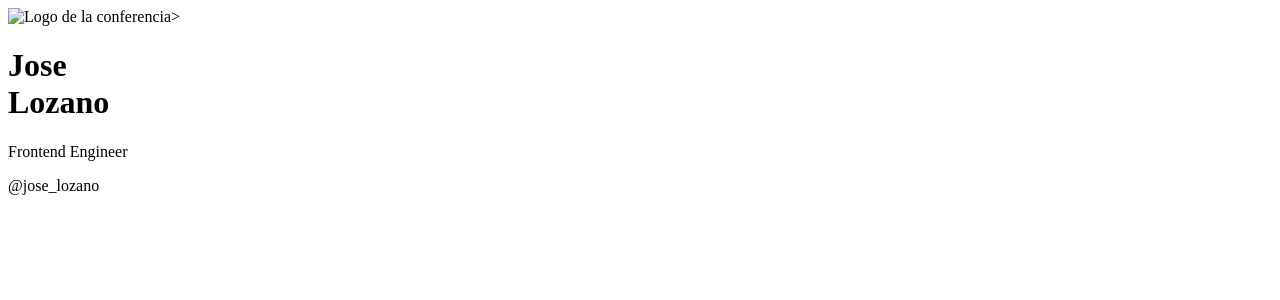
Repository: joseLozanoTamayo/project-react
Page: /badges/new (app in platzi-badges/)
An editor plug-in stored every save of this project. The page is shown before and after the next save, followed by the edit.
The browser window is 1280 px wide. The pictures show the whole page.
The project was rebuilt for these pictures with package versions that can differ from the ones it lists, and the page was loaded fresh each time.

Above is the page before, as saved 2019-05-22 21:51:34.

After the next save:
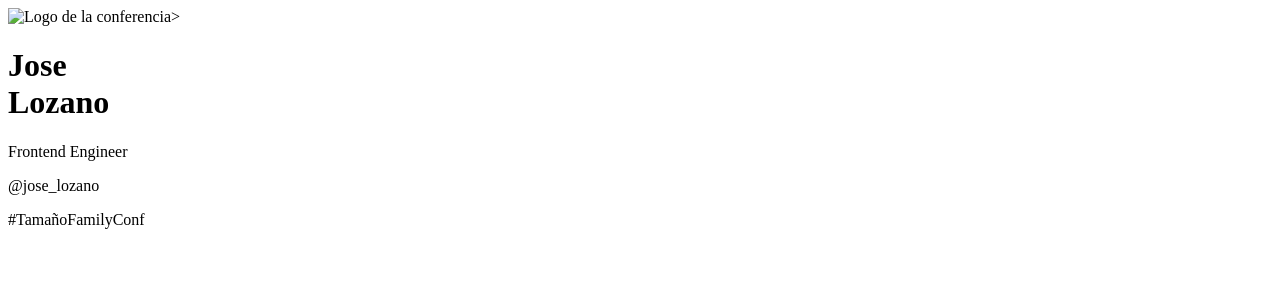
Saved 58 s later.
--- a/platzi-badges/src/components/Badge.js
+++ b/platzi-badges/src/components/Badge.js
@@ -53,6 +53,9 @@
           <p>Frontend Engineer</p>
           <p>@jose_lozano</p>
         </div>
+        <div>
+        <p>#TamañoFamilyConf</p>
+      </div>
       </div>
     );
   }
